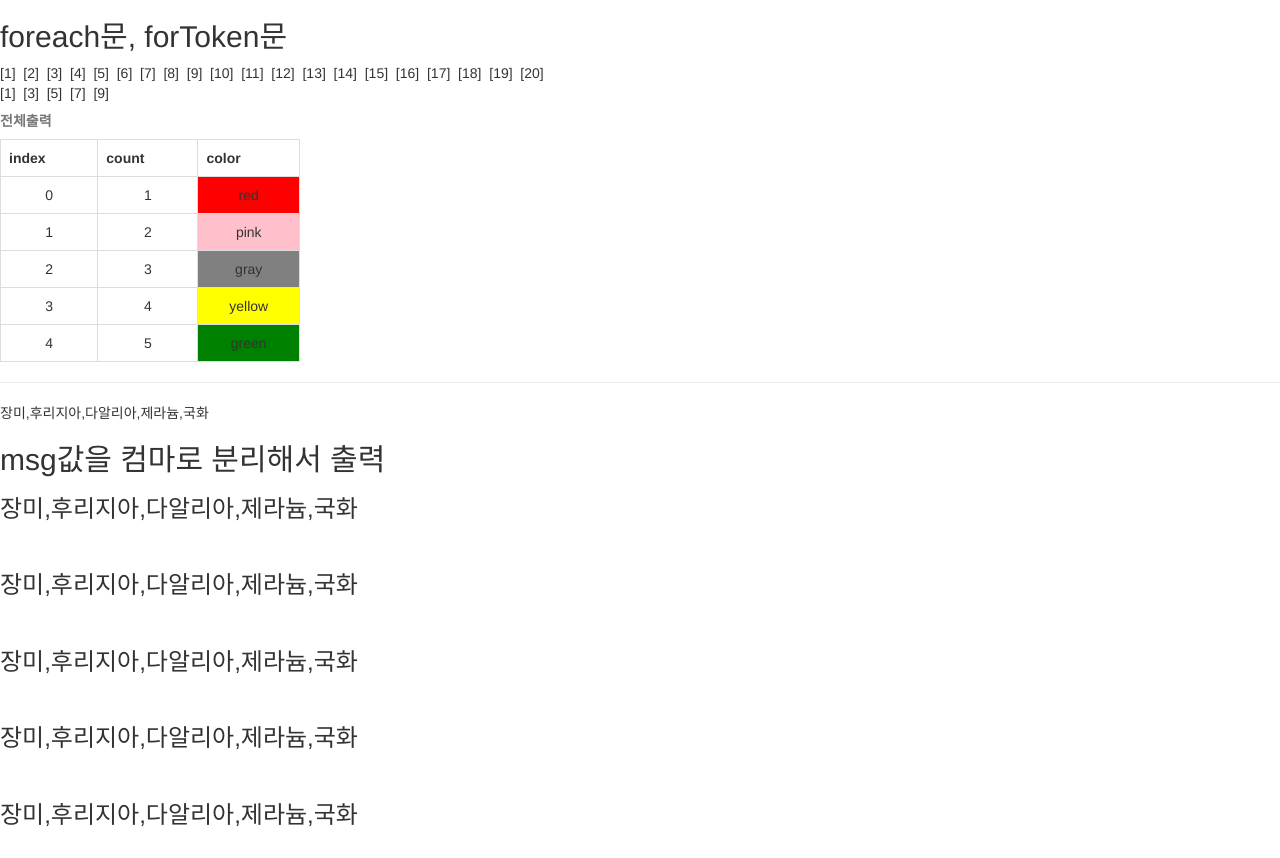
Repository: jungbee2/jungproject
Page: http://localhost/JstlProject/day0330/ex6_foreach.jsp
The author's editor kept a copy of each file at every save. The page is drawn from the files as they stood at one save, then again after the next save.
The browser window is 1280 px wide. The pictures show the whole page.
Some web fonts or font styles are not loaded; a fallback is used. The page is served by Tomcat 9.

Above is the page before, as saved 2023-03-30 02:49:16.

After the next save:
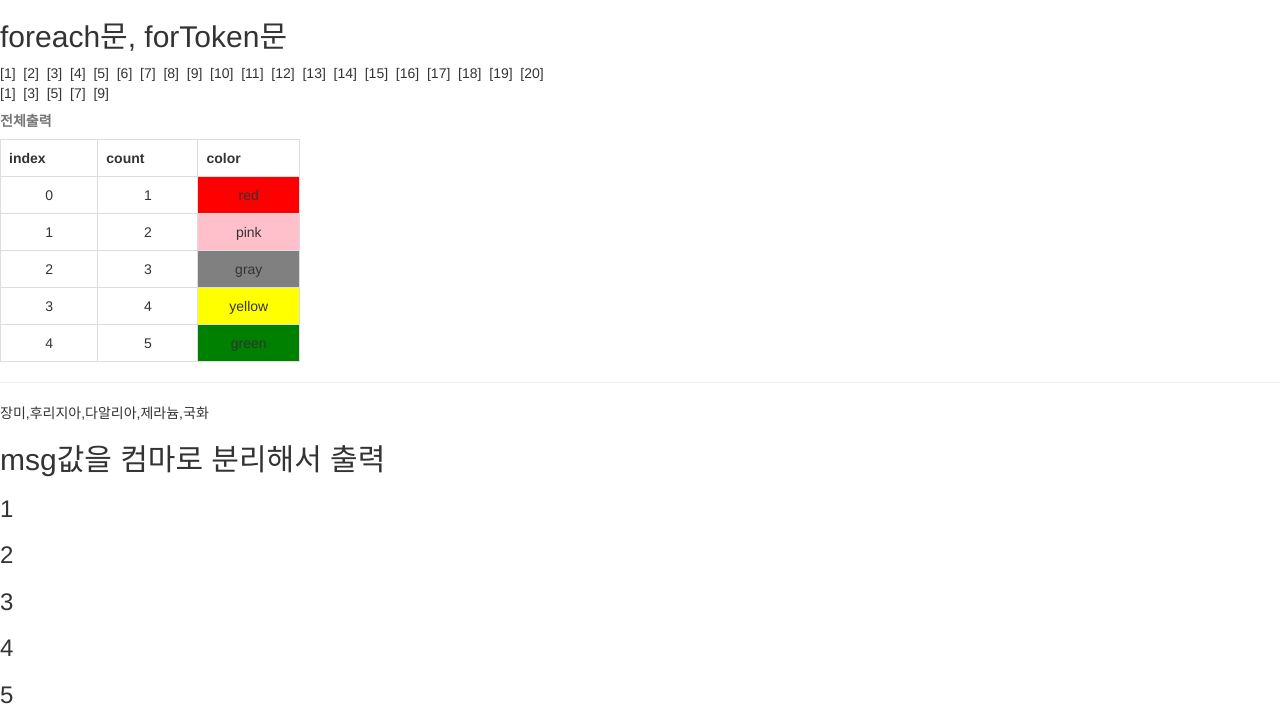
Saved 8 s later.
--- a/JstlProject/src/main/webapp/day0330/ex6_foreach.jsp
+++ b/JstlProject/src/main/webapp/day0330/ex6_foreach.jsp
@@ -57,7 +57,7 @@ ${msg }<br>
 
 <h2>msg값을 컴마로 분리해서 출력</h2>
 <c:forTokens var="s" items="${msg }" delims="," varStatus="i">
-<h3>${msg }</h3><br>
+<h3>${i.count }</h3>
 </c:forTokens>
 </body>
 </html>
